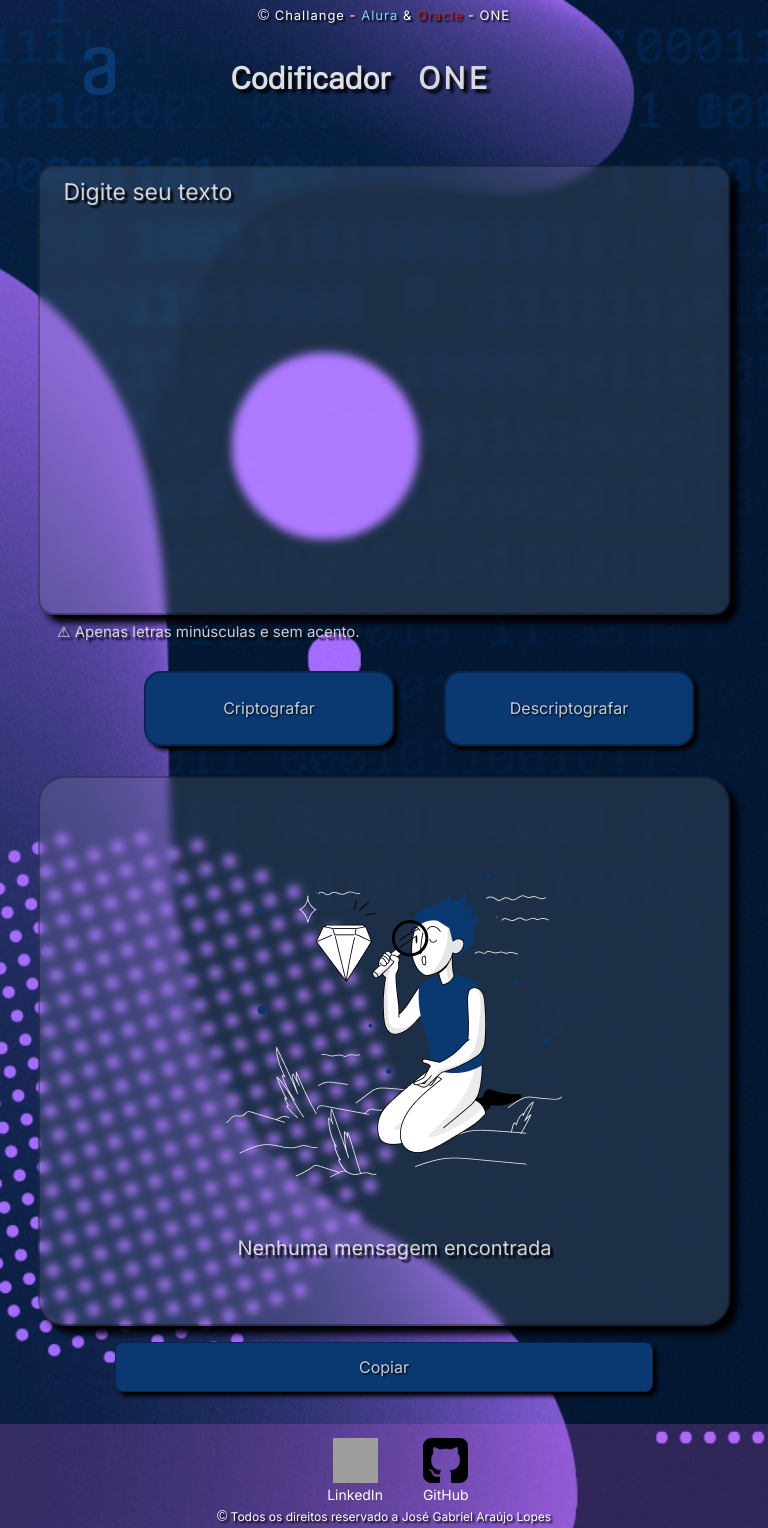
Repository: GabbrielLopes/Decodificador-ONE-Challange-Alura
Page: index.html
An editor plug-in stored every save of this project. The page is shown before and after the next save, followed by the edit.
The browser window is 768 px wide. The pictures show the whole page.
Pictures or frames that could not be fetched are drawn as grey boxes.

Above is the page before, as saved 2022-05-11 23:21:41.

### index.html

<!-- Regras Codificador:
"e" é convertido para "enter"
"i" é convertido para "imes"
"a" é convertido para "ai"
"o" é convertido para "ober"
"u" é convertido para "ufat"
Apenas letras minúsculas
Não permite acentuação
*/

/* Regras Decodificador:
"enter" é convertido para "e"
"imes" é convertido para "i"
"ai" é convertido para "a"
"ober" é convertido para "o"
"ufat" é convertido para "u"
Apenas letras minúsculas
Não permite acentuação
-->

<!DOCTYPE html>
<html lang="pt-br">
<head>
    <meta charset="UTF-8">
    <meta name="viewport" content="width=device-width">
    <link rel="stylesheet" href="css/reset.css">
    <link rel="stylesheet" href="css/style.css">
    <link rel="stylesheet" href="css/media.css">
    <link href="https://fonts.googleapis.com/css2?family=Inter&display=swap" rel="stylesheet">
    <link href="https://fonts.googleapis.com/css2?family=Public+Sans:wght@300&display=swap" rel="stylesheet">
    <title>Codificador ONE</title>
</head>
<body>
    <header>
        <div class="info-header">
            <p>© Challange - <a href="https://www.alura.com.br" target="_blank">Alura</a> & <a href="https://www.oracle.com/br/education/oracle-next-education/" target="_blank">Oracle</a> - ONE</p>
        </div>
        <div>
            <img src="imagens/logo-alura.png" alt="Logo alura com inicial da letra a" class="logo-cabecalho">
            <h2>Codificador <a href="https://www.oracle.com/br/education/oracle-next-education/" target="_blank">ONE</a></h2>
        </div>
        <div>
        </div>
    </header>
    <main class="main">
        <section>
            <textarea cols="40" rows="6" placeholder="Digite seu texto" class="campo-texto"></textarea>
            <div>
                <h6 class="informacao">⚠ Apenas letras minúsculas e sem acento.</h6>
            </div>

            <div class="botoes">
                <button class="btn-criptografar">Criptografar</button>
                <button class="btn-descriptografar">Descriptografar</button>
            </div>
        </section>

        <section class="mensagem">
            <textarea readonly cols="18" rows="8" placeholder="Nenhuma mensagem encontrada" ></textarea>
            <div class="div-btn-copy">
                <button class="btn-copy">Copiar</button>
            </div>
        </section>
    </main>
    <footer>

        <div class="icons-links">
            <div class="icons-flex">
                <a href="https://www.linkedin.com/in/josegabrielalopes/" target="_blank"><img src="imagens/linkedin.png">LinkedIn</a>
                <a href="https://github.com/GabbLps" target="_blank"><img src="imagens/github.png">GitHub</a>
            </div>
        </div>

        <div class="copyright">
            <p>© Todos os direitos reservado a <a href="https://www.linkedin.com/in/josegabrielalopes/" target="_blank">José Gabriel Araújo Lopes</a></p>
        </div>
    </footer>
</body>
<script src="./js/script.js"></script>
</html>

### css/style.css
* {
    font-family: "Inter", sans-serif;
}

html{
    margin: auto;
    padding: 0px;
    min-height: 100%;
    font-family: "Inter", sans-serif;
}

.info-header {
    margin-top: 0.5em;
    letter-spacing: 1px;
    font-size: 13px;
    justify-content: center;
    color: #fff;
    text-shadow: 2px 2px 2px #000;
    user-select: none;
}

.info-header p::first-letter{
    font-family: Arial, Helvetica, sans-serif;
    font-size: 15px;
}

.info-header a:nth-child(1), .info-header a:nth-child(2)  {
    color: #87CEFA;
    text-decoration: none;
}

.info-header a:nth-child(2) {
    color: #B22222;
}

header h2, header h2 a {
    user-select: none;
    font-family: 'Public Sans';
    font-size: 30px;
    letter-spacing: 3px;
    color: #E5E5E5;
    margin-top: 40px;
    margin-left: 20px;
    font-weight: bold;
    text-decoration: none;
    text-shadow: 4px 4px 3px #000;
    opacity: 0.97;
}

header div {
    display: flex;
}

.logo-cabecalho {
    margin: 25px 40px 40px 40px;
}

.main {
    min-height: calc(100vh - 120px);
    display: flex;
    margin-left: 80px;
}

body {
    box-sizing: border-box;
    margin: 0;
    width: 100%;
    height: 100%;
    background: #E5E5E5;
    background-image: url(../imagens/background.png);
    background-size: cover;
}

section div {
    margin: 0;
    display: flex;
}

textarea {
    font-size: 23px;
    color: rgba(255,255,255, 0.8);
    background: rgba( 255, 255, 255, 0.1);
    backdrop-filter: blur(4px);
    -webkit-backdrop-filter: blur(3px);
    text-shadow: 3px 3px 2px black;
    vertical-align: top;
    resize: none;
}

textarea::placeholder {
    color: rgba(255,255,255, 0.8);
    text-shadow: 3px 3px 2px black;
    text-align: top;
    margin-top: 2em;
}

.campo-texto {
    box-sizing: border-box;
    width: 640px;
    height: 300px;   /*  480 px   */
    margin-top: 60px;
    margin-left: 4em;
    padding-top: 0.5em;
    padding-left: 1em;
    border: 2px solid rgba( 0, 0, 0, 0.3);
    border-radius: 16px;
    box-shadow: 8px 8px 7px #000;
}

.mensagem textarea {
    box-sizing: border-box;
    width: 320px;
    height: 550px;
    margin-left: 2em;
    padding-top: 0.5em;
    padding-left: 1em;
    text-align: left;
    border: 2px solid rgba( 0, 0, 0 , 0.3);
    border-radius: 27px;
    box-shadow: 8px 8px 7px #000;
}

.mensagem textarea::placeholder {
    padding-top: 447px;
    text-align: center;
    font-size: 20px;
    background-image: url(../imagens/boneco.png);
    background-repeat: no-repeat;
    background-position: -50px 100px;
}
/*
.campo-mensagem-imagem {
    background-image: url(boneco.png);
    background-repeat: no-repeat;
    background-position: center;
}
*/
.informacao {
    user-select: none;
    color: rgba(255,255,255, 0.8);
    text-shadow: 3px 3px 2px black;
    font-size: 15px;
    margin-left: 9em;
    margin-top: 0.6em;
}

.botoes {
    display: flex;
    margin-left: 9em;
    margin-top: 2em;
}

.btn-criptografar, .btn-descriptografar {
    width: 250px;
    height: 75px;
    border: 2px solid rgba( 0, 0, 0 , 0.3);
    border-radius: 17px;
    background-color: #0A3871;
    color: rgba(216, 223, 232, 0.9);
    text-shadow: 1px 1px 2px #000;
    font-size: 16px;
    box-shadow: 4px 4px 4px #000;
    transition: 80ms;
}

.btn-descriptografar {
    margin-left: 50px;
}

.btn-criptografar:hover, .btn-descriptografar:hover {
    cursor: pointer;
    background-color: rgba(216, 223, 232, 0.8) ;
    color: #0A3871;
    transition: 80ms;
    font-size: 20px;
}

.btn-criptografar:active, .btn-descriptografar:active {
    font-size: 19px;
}

.btn-copy {
    width: 200px;
    height: 50px;
    margin-left: 100px;
    margin-top: 1em;
    border: 1px solid rgba( 0, 0, 0 , 0.3);
    border-radius: 8px;
    background-color: #0A3871;
    color: rgba(216, 223, 232, 0.9);
    text-shadow: 1px 1px 2px #000;
    font-size: 16px;
    box-shadow: 4px 4px 4px #000;
    transition: 80ms;
}

.btn-copy:hover {
    cursor: pointer;
    background-color: rgba(216, 223, 232, 0.8) ;
    color: white;
    transition: 80ms;
    font-size: 17px;
    margin-bottom: 2em;
}

.btn-copy:active {
    font-size: 18px;
}

footer {
    width: 100%;
    background-color: rgba(219,97,234, 0.2);

}

.icons-links img{
    display: block;
    width: 45px;
    height: 45px;
    margin: 1em auto;
    margin-bottom: 5px;
    justify-content: center;
}

.icons-links a {
    display: block;
    color: #fff;
    margin: 0 20px;
    text-align: center;
    align-items: center;
    font-size: 14px;
    text-decoration: none;
}

.icons-links a:nth-child(1):hover {
    color:#0077b7;
    transition: 0.3s;
}

.icons-links a:nth-child(2):hover {
    color:#000;
    transition: 0.3s;
}

.icons-flex {
    display: flex;
    margin: 0 40%;
    margin-bottom: 7px;
}

.copyright p {
    user-select: none;
    color: #fff;
    font-size: 12px;
    text-align: center;
    align-items: end;  /* Alinha vertical  */
    justify-content: center;   /* Alinha horizontal */
    padding: 0 0 5px;
    text-shadow: 2px 2px 2px #000;

}

.copyright p:first-letter{
    font-size: 14px;
    font-family: Arial, Helvetica, sans-serif;
}

.copyright a{
    color: #fff;
    text-decoration: none;
    text-shadow: 2px 2px 2px #000;
}

### css/media.css
@media screen and (max-width: 866px) {

    header h2 {
        margin: auto;
        letter-spacing: normal;
        align-self: center;
        position: absolute;
        left: 30%;
    }

    .main {
        display: flex;
        flex-direction: column;
        margin: 0;
    }

    .campo-texto, .mensagem textarea {
        margin: 30px 5%;
        margin-bottom: 0px;
        width: 90%;
        height: 450px;
    }

    .mensagem textarea {
        height: 550px;
    }

    .informacao {
        margin-left: 57px;
    }

    .botoes {
        margin: 0 aut;
        max-width: 80%;
    }

    .mensagem textarea::placeholder {
        padding-top: 447px;
        text-align: center;
        font-size: 20px;
        background-image: url(../imagens/boneco.png);
        background-repeat: no-repeat;
        background-position: center;
    }

    .btn-copy {
        margin: 2em 15%;
        margin-top: 1em;
        width: 100%;
    }

}

### js/script.js
/* Regras Codificador:
"e" é convertido para "enter"
"i" é convertido para "imes"
"a" é convertido para "ai"
"o" é convertido para "ober"
"u" é convertido para "ufat"
Apenas letras minúsculas
Não permite acentuação

 Regras Decodificador:
"enter" é convertido para "e"
"imes" é convertido para "i"
"ai" é convertido para "a"
"ober" é convertido para "o"
"ufat" é convertido para "u"
Apenas letras minúsculas
Não permite acentuação   */

var botaoEncriptar = buscaElemento(".btn-criptografar");
var botaoDesencriptar = buscaElemento(".btn-descriptografar");
var botaoCopiar = buscaElemento(".btn-copy");
var campoMensagem = buscaElemento(".campo-mensagem");
var sectionMensagem = buscaElemento(".mensagem textarea");
var campoTexto = buscaElemento(".campo-texto");

function buscaElemento(elemento){
    return document.querySelector(elemento);
}

//  Função onde joga o valor do campo de texto para o campo mensagem,chamando a função de encriptar
function btnEncriptar() {
    var texto = campoTexto.value;
    sectionMensagem.value = encriptar(texto);
    campoTexto.value = "";
}

//  Função onde faz a criptografia do texo digitado pelo usuário
function encriptar (texto) {
    var texto = texto.replaceAll(/e/gi,"enter")
    .replaceAll(/i/gi,"imes")
    .replaceAll(/a/gi, "ai")
    .replaceAll(/o/gi,"ober")
    .replaceAll(/u/gi,"ufat");

    stringEncriptada = texto;
    return stringEncriptada.toLowerCase();
}

// Função onde joga o valor do campo de texto para o campo mensagem,chamando a função de desencriptar
function btnDesencriptar() {
    var texto = campoTexto.value;
    sectionMensagem.value = desencriptar(texto);
    campoTexto.value = "";
}

// Função onde desencripta o texto digitado pelo usuário
function desencriptar (texto) {
    var texto = texto.replaceAll("enter","e")
    .replaceAll("imes","i")
    .replaceAll("ai", "a")
    .replaceAll("ober","o")
    .replaceAll("ufat","u");

    stringDesencriptada = texto;
    return stringDesencriptada;
}

// Função de copiar o valor do campo da mensagem e muda o nome do botão para copiado por 3,5 segundos
function btnCopiar(e) {
    navigator.clipboard.writeText(sectionMensagem.value);
    botaoCopiar.textContent = "Copiado!";
    sectionMensagem.value = "";
    botaoCopiar.style.border="2px solid white";
    setTimeout(function(){
        botaoCopiar.textContent = "Copiar";
        botaoCopiar.style.border="1px solid rgba( 0, 0, 0 , 0.3";
        botaoCopiar.style.color="rgba(216, 223, 232, 0.9)";
    },3500);
}

// Função onde verifica se o campo da mensagem está vazio e adiciona e remove classe para mostrar imagem de acordo com a verificação.
/*function verificaMensagem() {
    if(sectionMensagem.value == ""){
        sectionMensagem.classList.add("campo-mensagem-imagem");
    } else {
        sectionMensagem.classList.remove("campo-mensagem-imagem");
    }
}

// Repetindo a função verificaMensagem para verificar a todo momento se o campoMensagem está vazio
setInterval(verificaMensagem, 10);*/

// Escutadores de eventos, quando os botões forem clicados, executar suas devidas funções
botaoEncriptar.addEventListener('click', btnEncriptar);
botaoDesencriptar.addEventListener('click', btnDesencriptar);
botaoCopiar.addEventListener('click', btnCopiar);

Loaded but not shown: css/reset.css (common file)

After the next save:
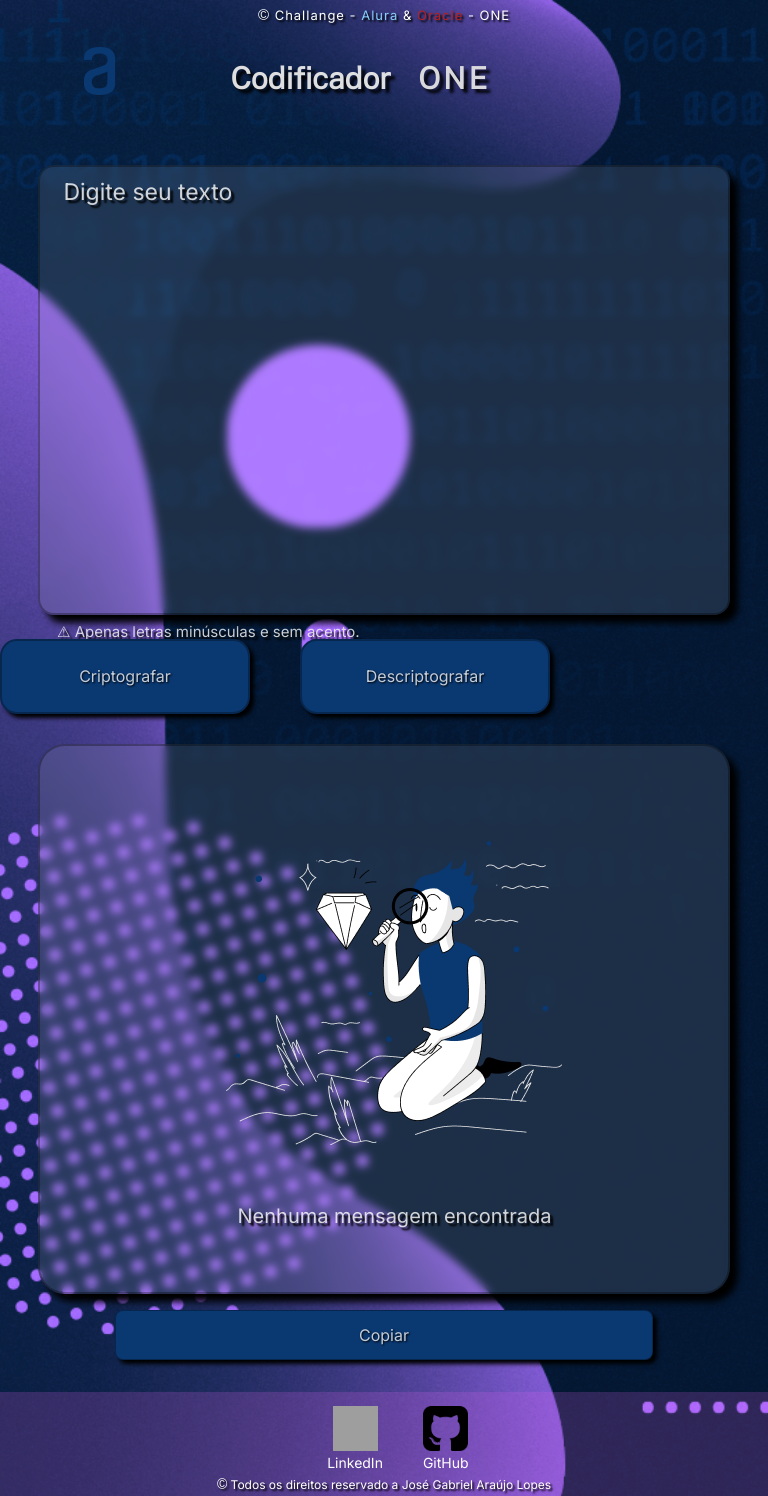
Saved 4 s later.
--- a/css/media.css
+++ b/css/media.css
@@ -30,7 +30,7 @@
     }
 
     .botoes {
-        margin: 0 aut;
+        margin: 0;
         max-width: 80%;
     }
 

After the save that followed:
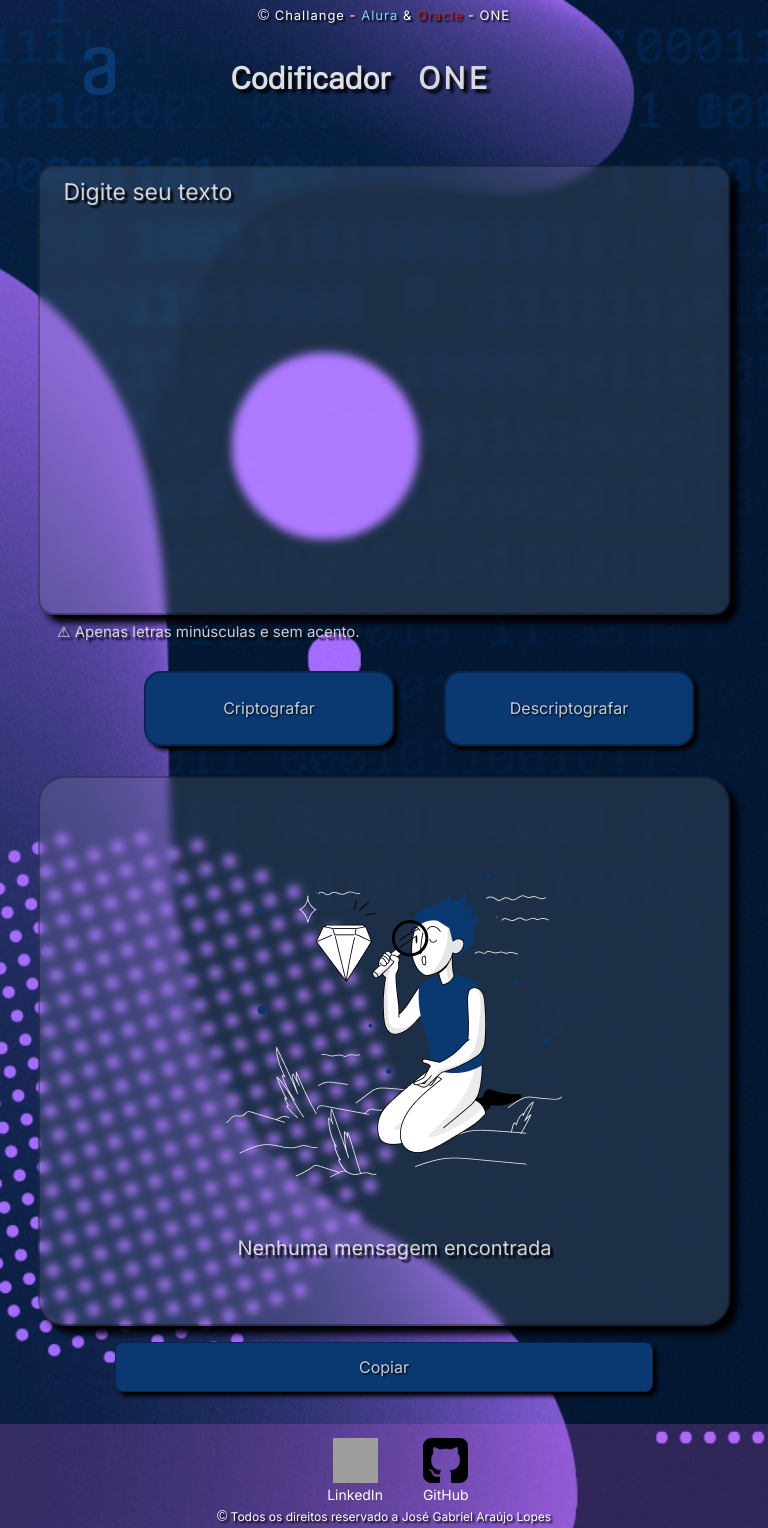
Saved 4 s later.
--- a/css/media.css
+++ b/css/media.css
@@ -30,7 +30,7 @@
     }
 
     .botoes {
-        margin: 0;
+        margin: 0 autio;
         max-width: 80%;
     }
 
